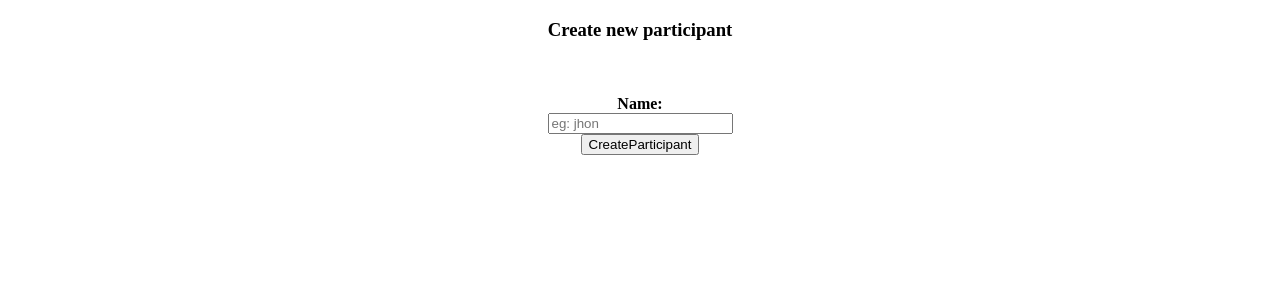
Repository: aparadamx/MavenServletJSP
Page: GymWebApp/src/main/webapp/doPostServlet.html
The author's editor kept a copy of each file at every save. The page is drawn from the files as they stood at one save, then again after the next save.
The browser window is 1280 px wide. The pictures show the whole page.

Above is the page before, as saved 2024-09-05 08:21:11.

### GymWebApp/src/main/webapp/doPostServlet.html
<!DOCTYPE html>
<html>
<head>
<meta charset="UTF-8">
<title>doPost using ServLet</title>
</head>
<body>
	<h3 style="text-align:center">Create new participant</h3><br><br>
	<div style="text-align:center">
		<form action="">
			<b>Name: </b><br>
			<input type="text" name="txtName" placeholder="eg: jhon"><br>
			<input type="submit" value="CreateParticipant">
		</form>
	</div>
</body>
</html>

After the next save:
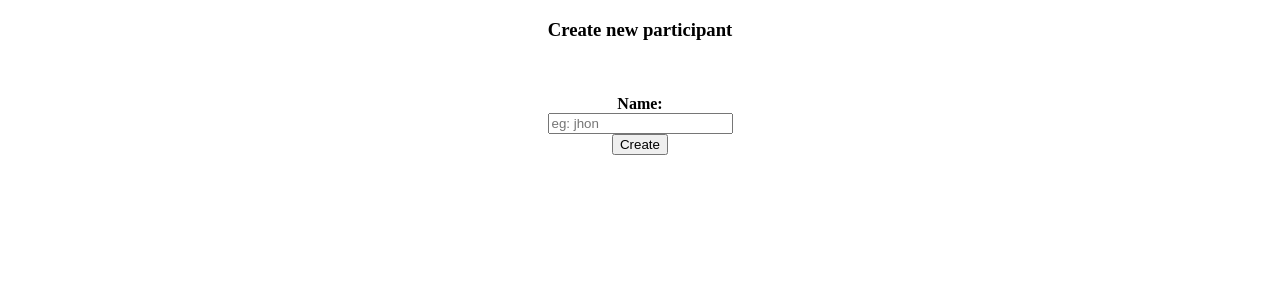
Saved 2 min 18 s later.
--- a/GymWebApp/src/main/webapp/doPostServlet.html
+++ b/GymWebApp/src/main/webapp/doPostServlet.html
@@ -10,7 +10,7 @@
 		<form action="">
 			<b>Name: </b><br>
 			<input type="text" name="txtName" placeholder="eg: jhon"><br>
-			<input type="submit" value="CreateParticipant">
+			<input type="submit" value="Create">
 		</form>
 	</div>
 </body>
